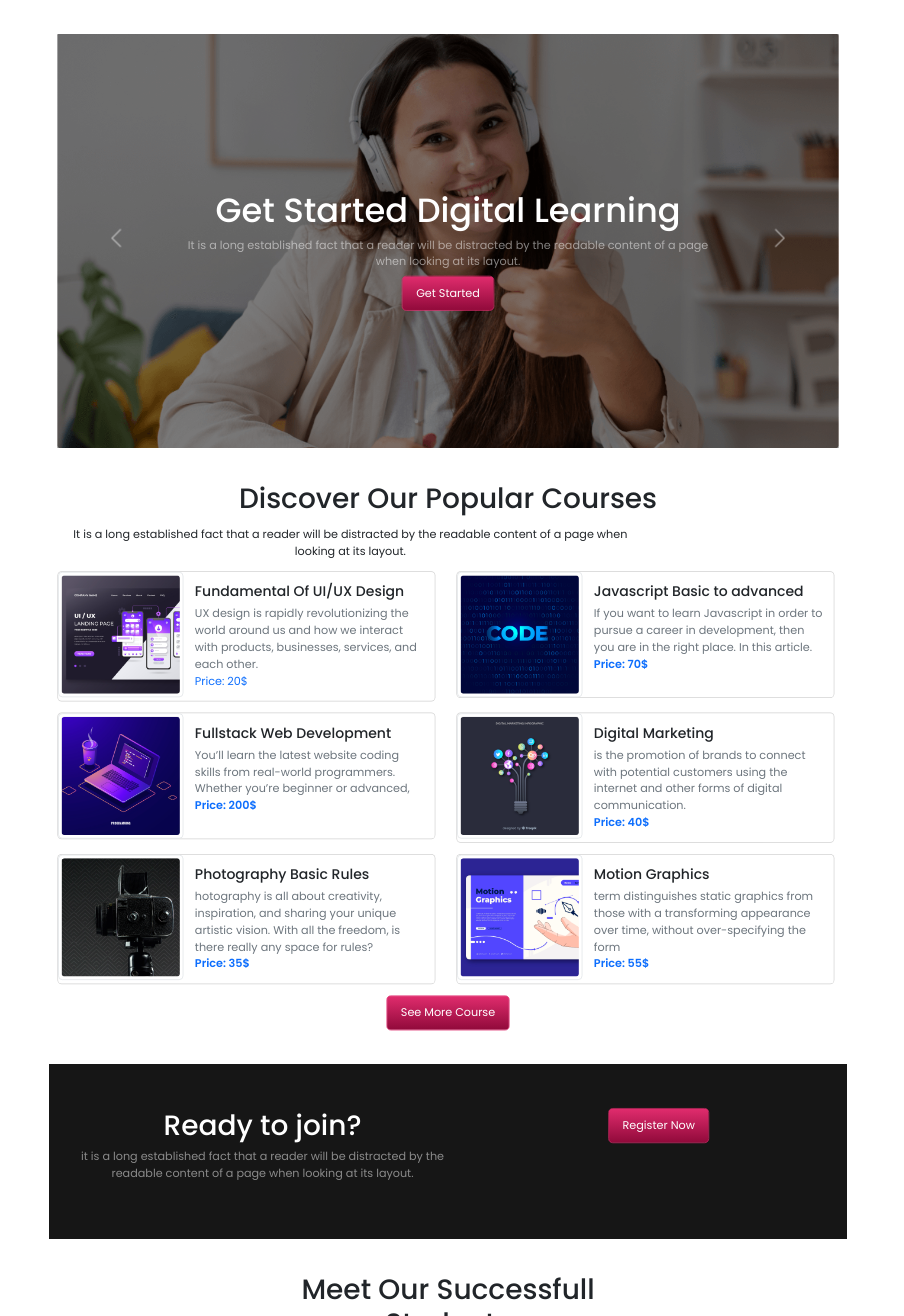
Repository: mdrubel02/Guru-Developer
Page: index.html
An editor plug-in stored every save of this project. The page is shown before and after the next save, followed by the edit.
The browser window is 1280 px wide. The page is 1292 px wide, so the pictures cover 1292 px, including what lies to the right of the window. The pictures show the part of the page from y = 0 to 1880 px (the page is 3392 px tall before and 3448 px after), at 70% of full size.
Some web libraries are served in a nearby version.

Above is the page before, as saved 2022-07-28 14:56:01.

After the next save:
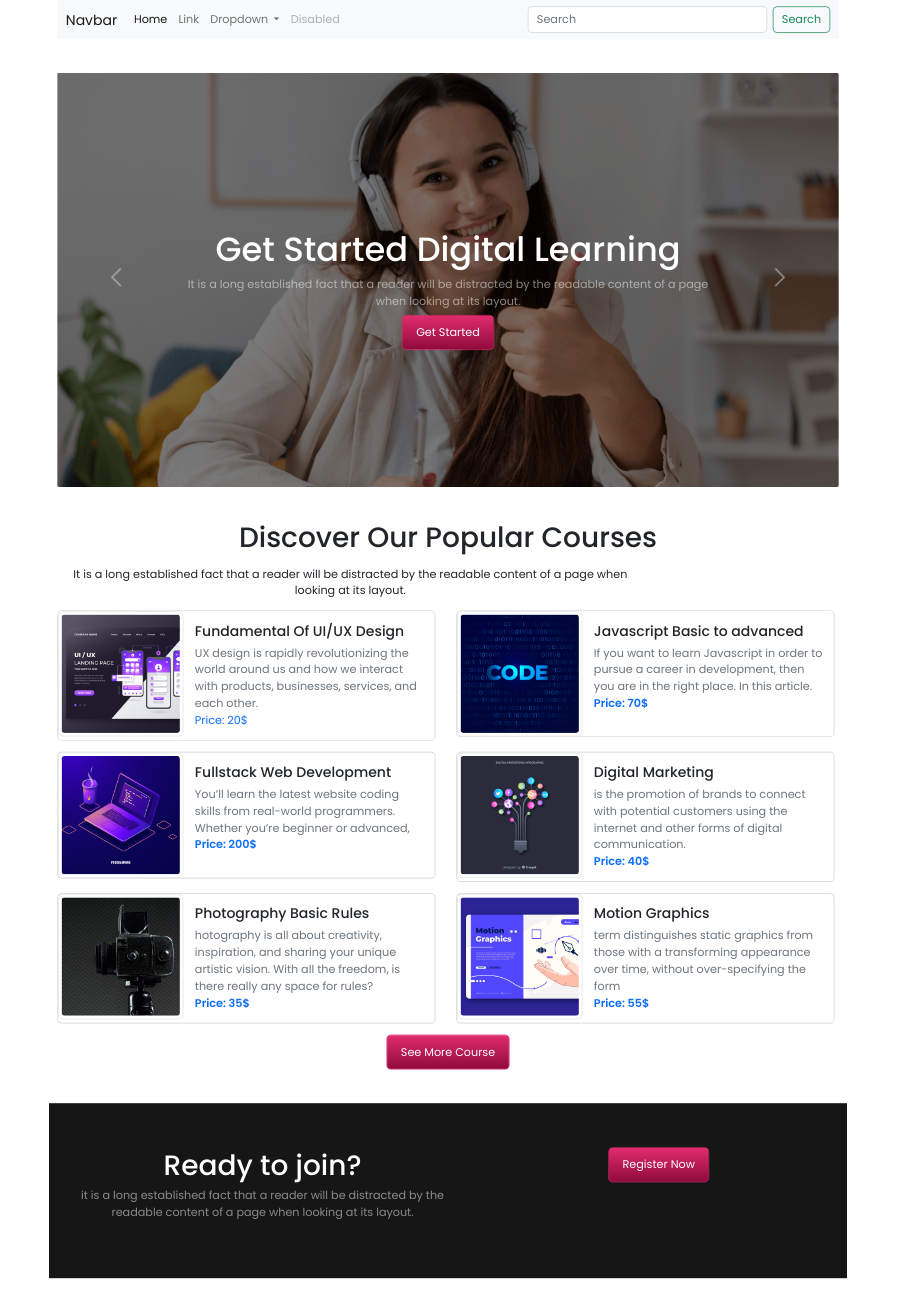
Saved 3 min 29 s later.
--- a/index.html
+++ b/index.html
@@ -19,6 +19,44 @@
 <body>
 
     <!-- Header section -->
+    <header class="container">
+        <nav class="navbar navbar-expand-lg bg-light">
+            <div class="container-fluid">
+              <a class="navbar-brand" href="#">Navbar</a>
+              <button class="navbar-toggler" type="button" data-bs-toggle="collapse" data-bs-target="#navbarSupportedContent" aria-controls="navbarSupportedContent" aria-expanded="false" aria-label="Toggle navigation">
+                <span class="navbar-toggler-icon"></span>
+              </button>
+              <div class="collapse navbar-collapse" id="navbarSupportedContent">
+                <ul class="navbar-nav me-auto mb-2 mb-lg-0">
+                  <li class="nav-item">
+                    <a class="nav-link active" aria-current="page" href="#">Home</a>
+                  </li>
+                  <li class="nav-item">
+                    <a class="nav-link" href="#">Link</a>
+                  </li>
+                  <li class="nav-item dropdown">
+                    <a class="nav-link dropdown-toggle" href="#" role="button" data-bs-toggle="dropdown" aria-expanded="false">
+                      Dropdown
+                    </a>
+                    <ul class="dropdown-menu">
+                      <li><a class="dropdown-item" href="#">Action</a></li>
+                      <li><a class="dropdown-item" href="#">Another action</a></li>
+                      <li><hr class="dropdown-divider"></li>
+                      <li><a class="dropdown-item" href="#">Something else here</a></li>
+                    </ul>
+                  </li>
+                  <li class="nav-item">
+                    <a class="nav-link disabled">Disabled</a>
+                  </li>
+                </ul>
+                <form class="d-flex" role="search">
+                  <input class="form-control me-2" type="search" placeholder="Search" aria-label="Search">
+                  <button class="btn btn-outline-success" type="submit">Search</button>
+                </form>
+              </div>
+            </div>
+          </nav>
+    </header>
     <!------------banner section------------- -->
     <section class="container my-5">
         <div id="carouselExampleDark" class="carousel slide" data-bs-ride="carousel">
